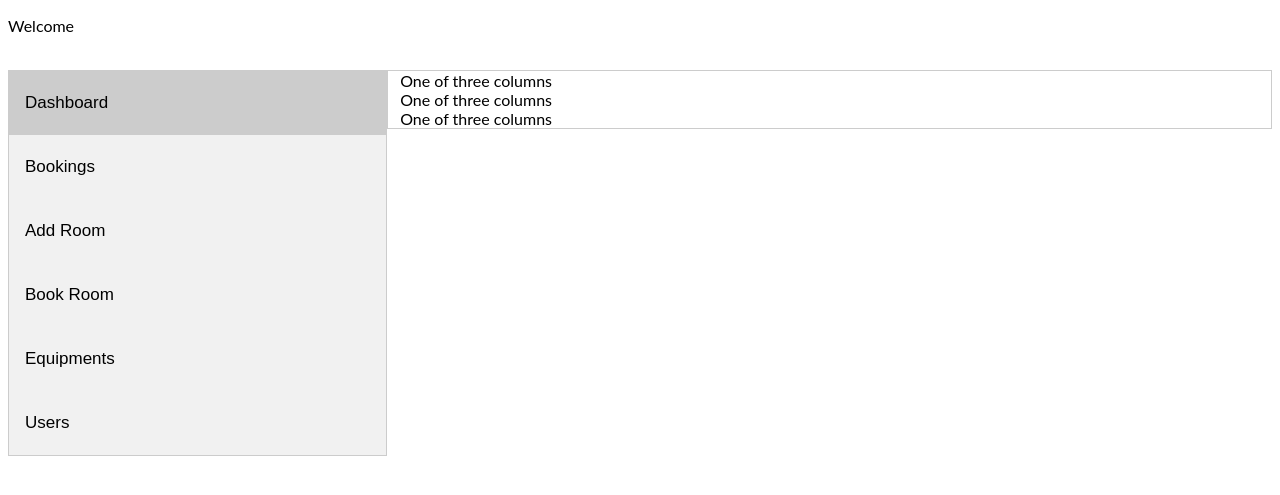
Repository: abhi608/visa_tutorial
Page: meetingroomapp/src/main/resources/static/dashboardView.html
The author's editor kept a copy of each file at every save. The page is drawn from the files as they stood at one save, then again after the next save.
The browser window is 1280 px wide. The pictures show the whole page.

Above is the page before, as saved 2018-08-07 06:54:21.

### meetingroomapp/src/main/resources/static/dashboardView.html
<!DOCTYPE html>
<html>
<head>
<meta name="viewport" content="width=device-width, initial-scale=1">
<style>
* {box-sizing: border-box}
body {font-family: "Lato", sans-serif;}

/* Style the tab */
.tab {
    float: left;
    border: 1px solid #ccc;
    background-color: #f1f1f1;
    width: 30%;
    /*height: 300px;*/
}

/* Style the buttons inside the tab */
.tab button {
    display: block;
    background-color: inherit;
    color: black;
    padding: 22px 16px;
    width: 100%;
    border: none;
    outline: none;
    text-align: left;
    cursor: pointer;
    transition: 0.3s;
    font-size: 17px;
}

/* Change background color of buttons on hover */
.tab button:hover {
    background-color: #ddd;
}

/* Create an active/current "tab button" class */
.tab button.active {
    background-color: #ccc;
}

/* Style the tab content */
.tabcontent {
    float: left;
    padding: 0px 12px;
	border: 1px solid #ccc;
    width: 70%;
    border-left: 1px solid #ccc ;
    border-bottom: 1px solid #ccc;
    /* height: 300px;*/
}
</style>
</head>
<body>

<p>Welcome </p><br />


<div class="tab">
  <button class="tablinks" onclick="openCity(event, 'Dashboard')" id="defaultOpen">Dashboard</button>
  <button class="tablinks" onclick="openCity(event, 'Bookings')">Bookings</button>
  <button class="tablinks" onclick="openCity(event, 'AddRoom')">Add Room</button>
  <button class="tablinks" onclick="openCity(event, 'BookRoom')">Book Room</button>
  <button class="tablinks" onclick="openCity(event, 'Equipments')">Equipments</button>
  <button class="tablinks" onclick="openCity(event, 'Users')">Users</button>
</div>

<div id="Dashboard" class="tabcontent">
  <div class="container">
  <div class="row">
    <div class="col-md">
      One of three columns
    </div>
    <div class="col-md">
      One of three columns
    </div>
    <div class="col-md">
      One of three columns
    </div>
  </div>
</div>
</div>

<div id="Bookings" class="tabcontent">
  <h3>Bookings</h3>
  <p>Show Bookings</p>
</div>

<div id="AddRoom" class="tabcontent">
  <h3>Add Room</h3>
  <p>Add a new room</p>
</div>

<div id="BookRoom" class="tabcontent">
  <h3>Book a room</h3>
  <p>This will book a room</p>
</div>

<div id="Equipments" class="tabcontent">
  <h3>Equipments</h3>
  <p>Show Equipments</p>
</div>

<div id="Users" class="tabcontent">
  <h3>Users</h3>
  <p>Show all the rooms</p>
</div>




<script>
function openCity(evt, cityName) {
    var i, tabcontent, tablinks;
    tabcontent = document.getElementsByClassName("tabcontent");
    for (i = 0; i < tabcontent.length; i++) {
        tabcontent[i].style.display = "none";
    }
    tablinks = document.getElementsByClassName("tablinks");
    for (i = 0; i < tablinks.length; i++) {
        tablinks[i].className = tablinks[i].className.replace(" active", "");
    }
    document.getElementById(cityName).style.display = "block";
    evt.currentTarget.className += " active";
}

// Get the element with id="defaultOpen" and click on it
document.getElementById("defaultOpen").click();
</script>

</body>
</html>

After the next save:
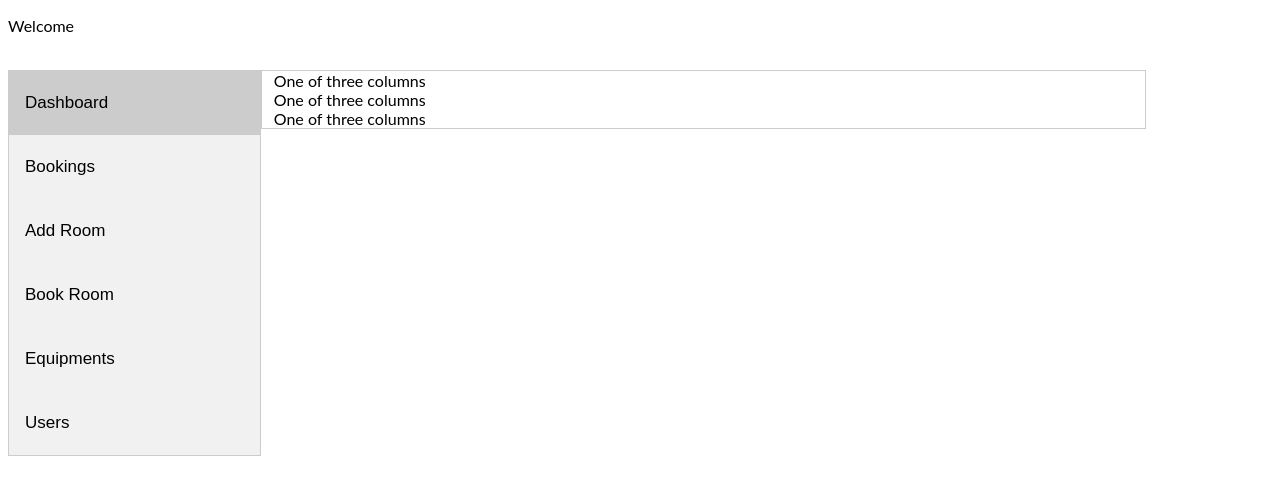
Saved 5 min 5 s later.
--- a/meetingroomapp/src/main/resources/static/dashboardView.html
+++ b/meetingroomapp/src/main/resources/static/dashboardView.html
@@ -11,7 +11,7 @@ body {font-family: "Lato", sans-serif;}
     float: left;
     border: 1px solid #ccc;
     background-color: #f1f1f1;
-    width: 30%;
+    width: 20%;
     /*height: 300px;*/
 }
 
